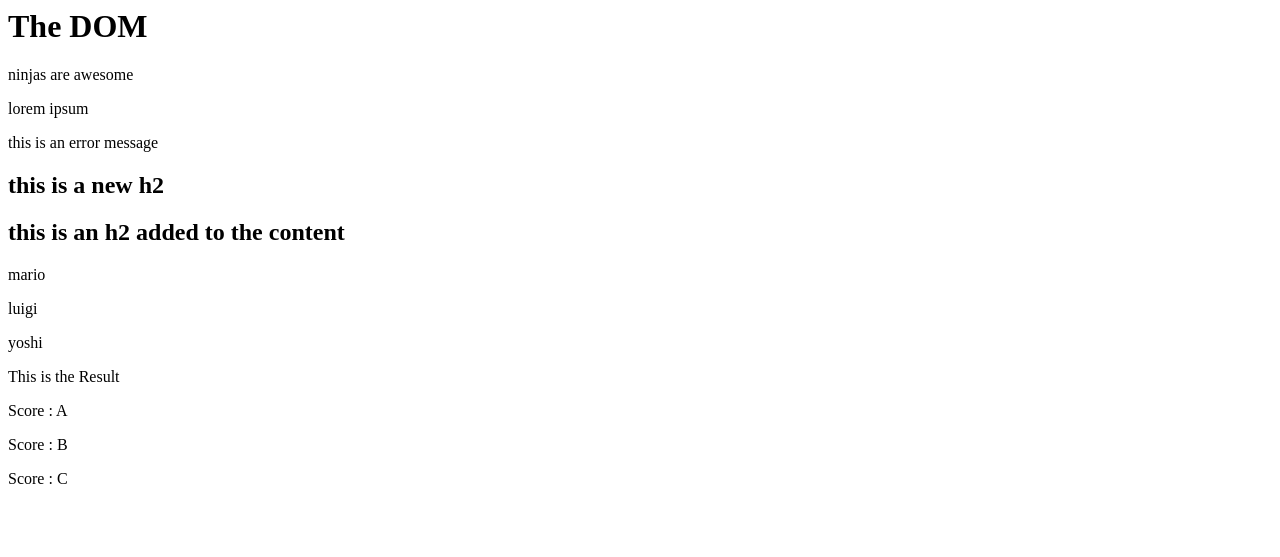
Repository: Rizwanelx/JavaScript
Page: DOM/Adding&Changing_Page_Content/index.html
The author's editor kept a copy of each file at every save. The page is drawn from the files as they stood at one save, then again after the next save.
The browser window is 1280 px wide. The pictures show the whole page.

Above is the page before, as saved 2019-11-03 17:07:58.

After the next save:
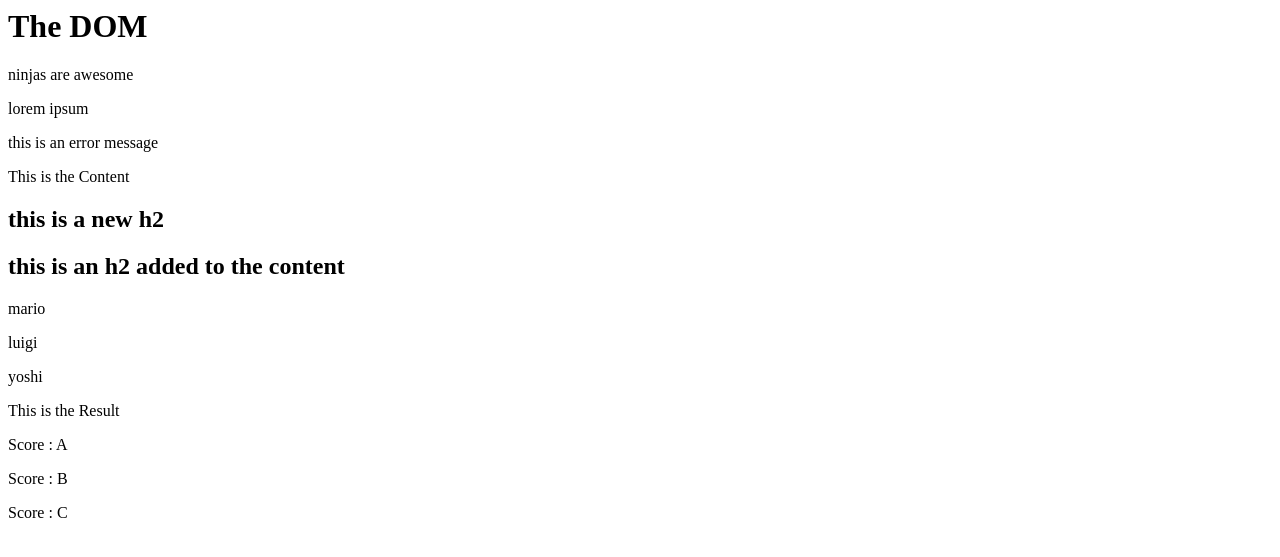
Saved 70 s later.
--- a/DOM/Adding&Changing_Page_Content/sandbox.js
+++ b/DOM/Adding&Changing_Page_Content/sandbox.js
@@ -19,7 +19,7 @@
 // Reading html element
 console.log(content.innerHTML);
 // Replacing new html element on the place of older element
-content.innerHTML = '<h2>this is a new h2</h2>';
+content.innerHTML += '<h2>this is a new h2</h2>';
 // Adding new content in the place of older element
 
 content.innerHTML += '<h2>this is an h2 added to the content</h2>';

After the save that followed:
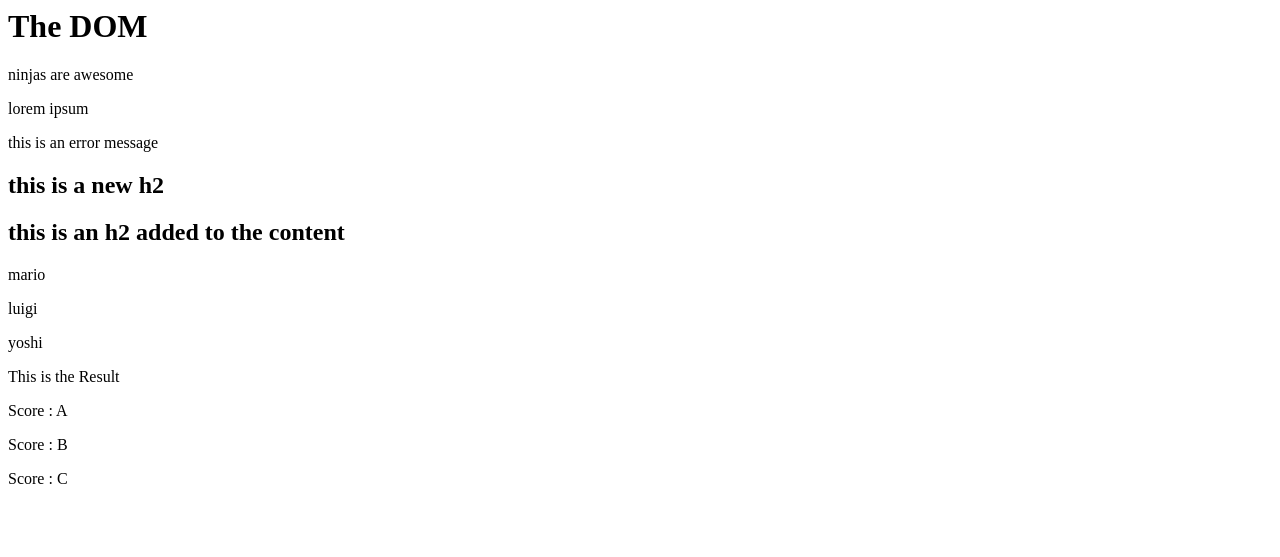
Saved 22 s later.
--- a/DOM/Adding&Changing_Page_Content/sandbox.js
+++ b/DOM/Adding&Changing_Page_Content/sandbox.js
@@ -19,7 +19,7 @@
 // Reading html element
 console.log(content.innerHTML);
 // Replacing new html element on the place of older element
-content.innerHTML += '<h2>this is a new h2</h2>';
+content.innerHTML = '<h2>this is a new h2</h2>';
 // Adding new content in the place of older element
 
 content.innerHTML += '<h2>this is an h2 added to the content</h2>';
